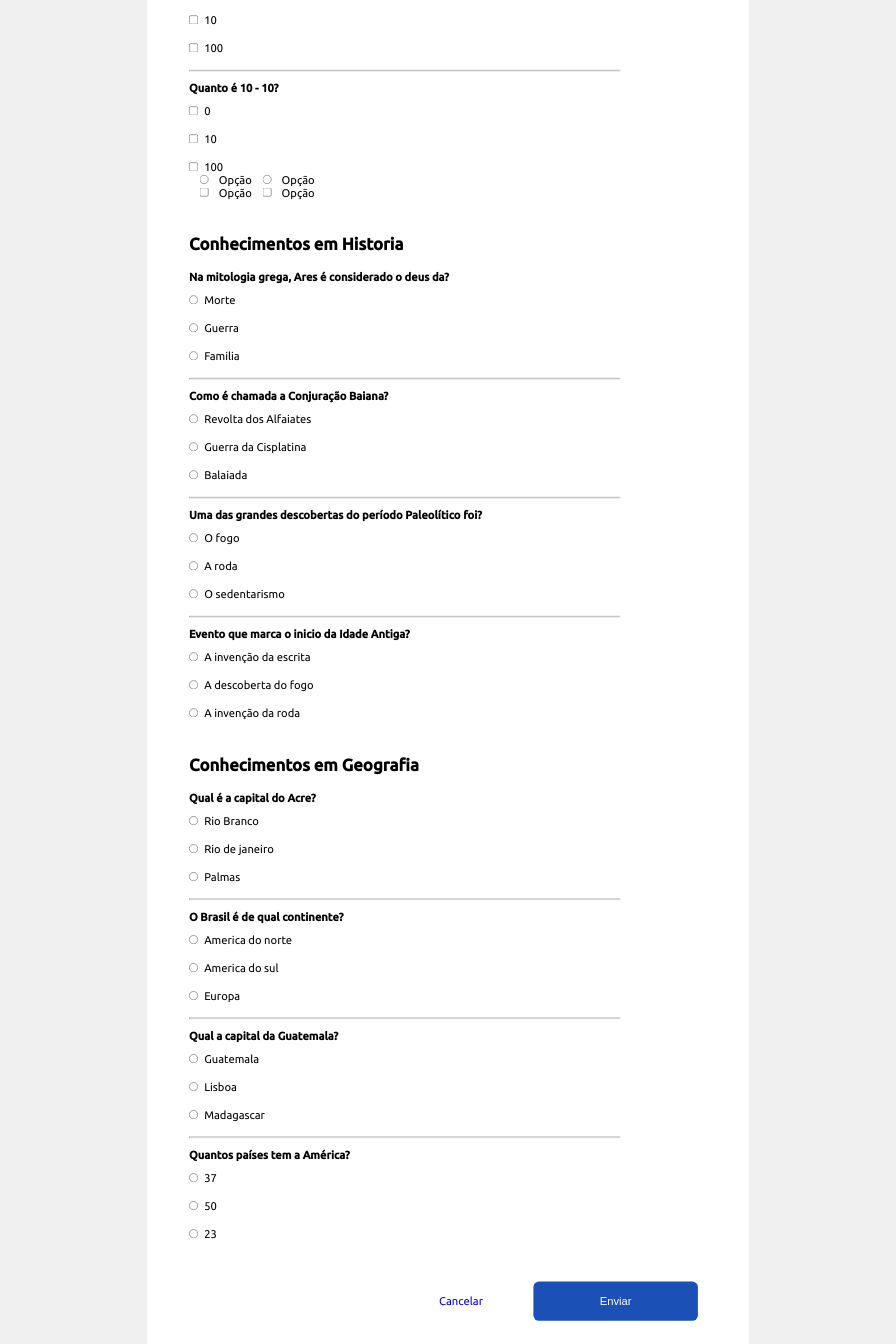
Repository: Delei09/desafioPerguntas
Page: / (app in frontend/)
The author's editor kept a copy of each file at every save. The page is drawn from the files as they stood at one save, then again after the next save.
The browser window is 1280 px wide. The pictures show the part of the page from y = 647 to 2567 px (the page is 2648 px tall before and 2612 px after), at 70% of full size.
The project was rebuilt for these pictures with package versions that can differ from the ones it lists, and the page was loaded fresh each time. A package was used in the major version that the imports need, not the one package.json lists. Also part of the build but not shown: frontend/src/styles/resultado.scss, frontend/src/page/Resultado.tsx, frontend/src/styles/gabarito.scss, frontend/src/page/Gabarito.tsx.

Above is the page before, as saved 2021-08-19 14:50:44.

After the next save:
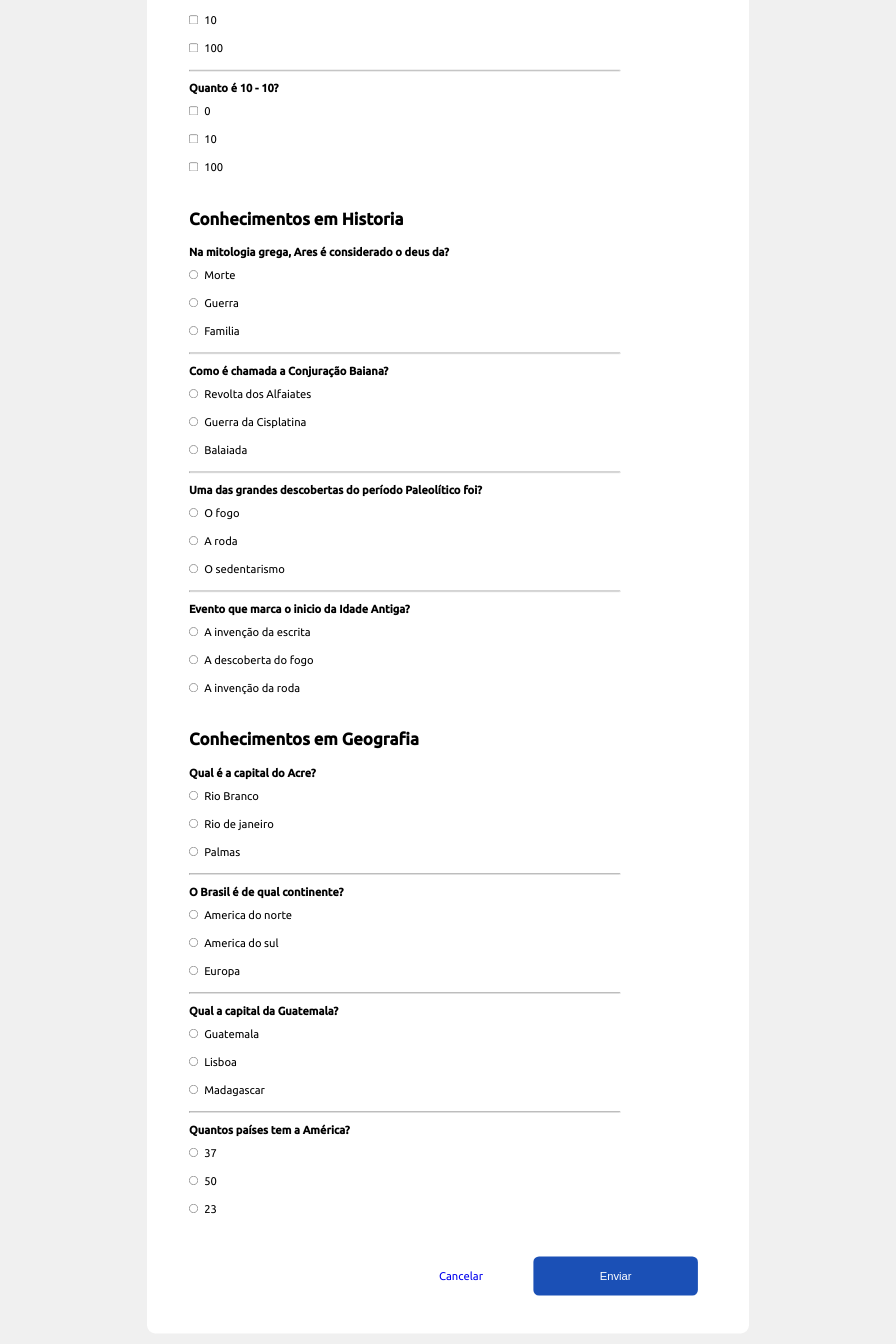
Saved 30 s later.
--- a/frontend/src/page/Home.tsx
+++ b/frontend/src/page/Home.tsx
@@ -73,7 +73,6 @@ const inicialResposta= {
       )
       })}
    </ContainerMain>
-   <div className="exemplo-radio">    <input type="radio" value="0" name="campo-radio" id="campo-radio1" />    <label htmlFor="campo-radio1">Opção</label>    <input type="radio" value="0" name="campo-radio" id="campo-radio2" />    <label htmlFor="campo-radio2">Opção</label></div><div className="exemplo-checkbox">    <input type="checkbox" value="0" name="campo-checkbox" id="campo-checkbox1" />    <label htmlFor="campo-checkbox1">Opção</label>    <input type="checkbox" value="0" name="campo-checkbox" id="campo-checkbox" />    <label htmlFor="campo-checkbox">Opção</label></div>
    <ContainerMain titulo = 'Conhecimentos em Historia'>
 
 {perguntasHistoria.map((questao, i) => {
